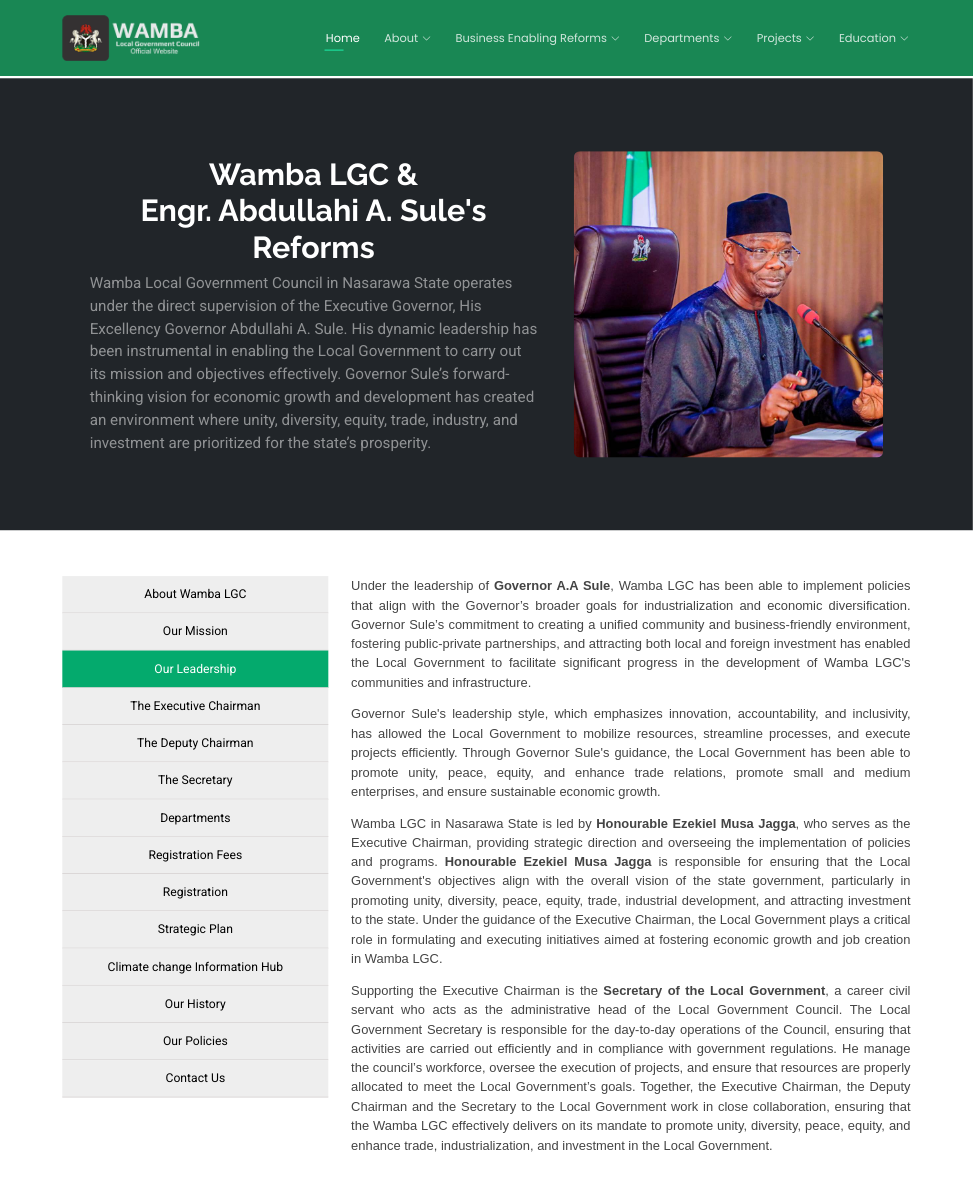
Repository: GlorifiedIntel/wamba-lgc
Page: leadership.html
These files come from the project's save history. The page is drawn as it stood at one moment and after the next save; the edit follows.
The browser window is 1280 px wide. The pictures show the part of the page from y = 0 to 1576 px (the page is 2455 px tall), at 76% of full size.
A picture or video elsewhere on the page could not be fetched, so the positions and the page height are approximate.

Above is the page before, as saved 2025-02-06 04:39:25.
Console error: TypeError: Cannot read properties of null (reading 'click')

After the next save:
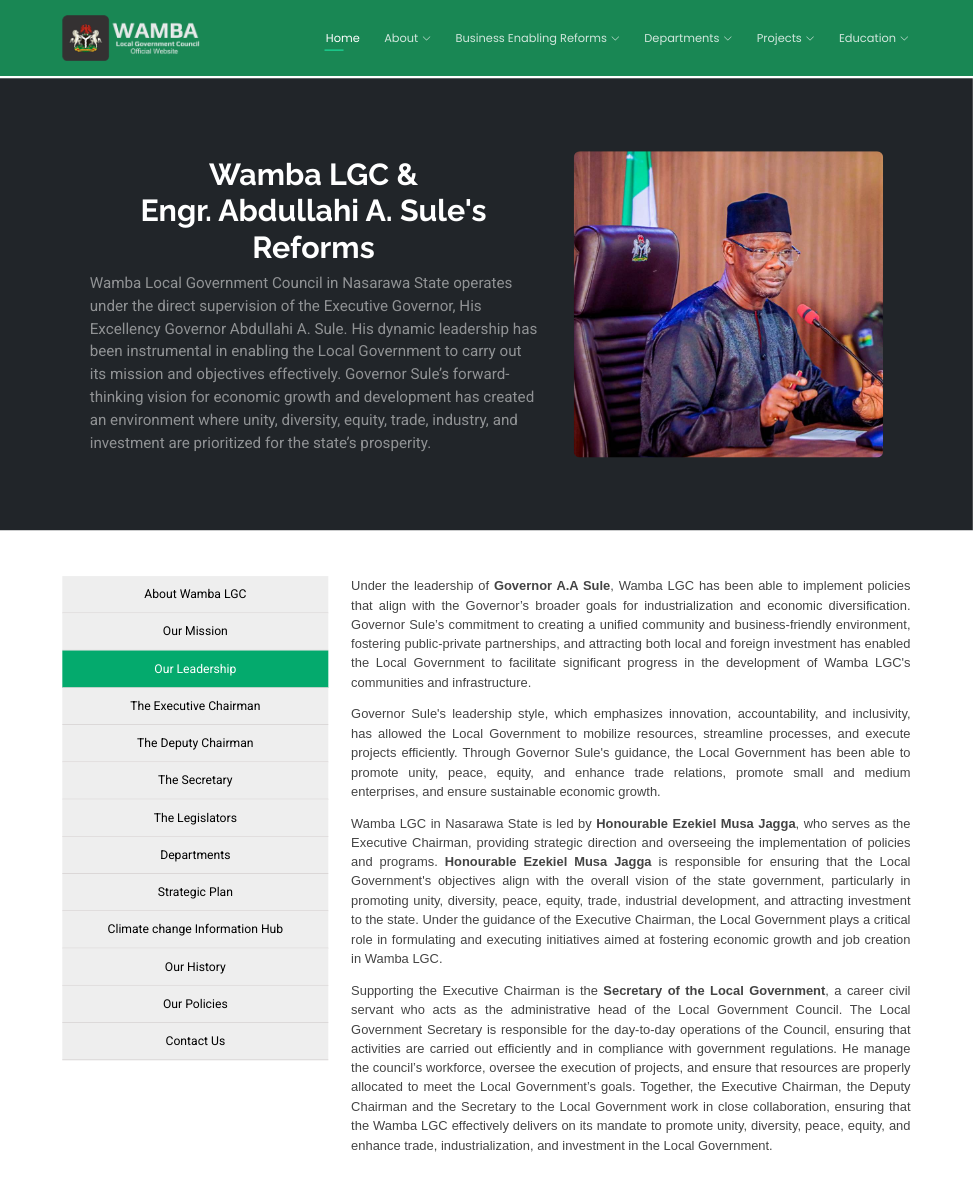
Saved 2 min 5 s later.
--- a/leadership.html
+++ b/leadership.html
@@ -119,13 +119,12 @@
           <div class="wamba-vertical-menu">
             <a href="about-mtii.html">About Wamba LGC</a>
             <a href="about-mtii.html">Our Mission</a>
-            <a href="about-mtii.html" class="active">Our Leadership</a>
-            <a href="the-commissioner.html">The Executive Chairman</a>
+            <a href="leadership.html" class="active">Our Leadership</a>
+            <a href="the-chairman.html">The Executive Chairman</a>
             <a href="the-deputy.html">The Deputy Chairman</a>
             <a href="the-secretary.html">The Secretary</a>
+            <a href="the-legistators.html">The Legislators</a>
             <a href="departments.html">Departments</a>
-            <a href="registration-fee.html">Registration Fees</a>
-            <a href="online-registration.html">Registration</a>
             <a href="strategic-plans.html">Strategic Plan</a>
             <a href="climate-change.html">Climate change Information Hub</a>
             <a href="our-history.html">Our History</a>
